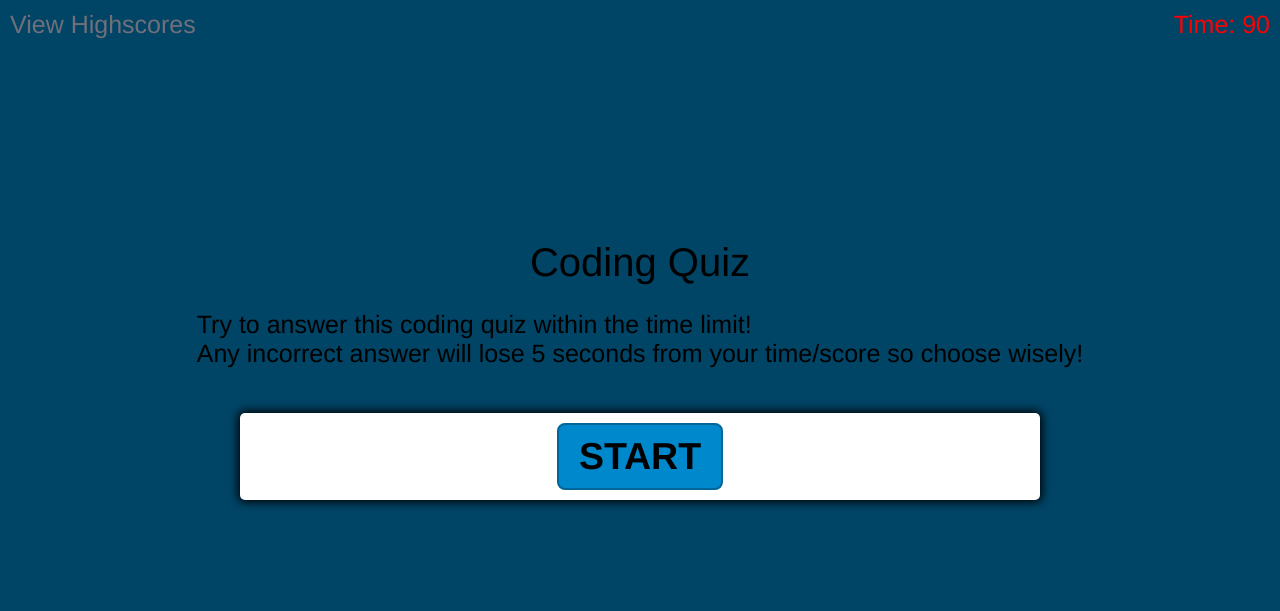
Repository: Vshepard879/Code-Quiz
Page: index.html
An editor plug-in stored every save of this project. The page is shown before and after the next save, followed by the edit.
The browser window is 1280 px wide. The pictures show the whole page.

Above is the page before, as saved 2022-03-20 12:55:45.

### index.html
<!DOCTYPE html>
<html lang="en">
<head>
    <meta charset="UTF-8">
    <meta http-equiv="X-UA-Compatible" content="IE=edge">
    <meta name="viewport" content="width=device-width, initial-scale=1.0">
    <link href="./assets/css/style.css" link rel="stylesheet">
    <script defer src="./assets/js/script.js"></script>
    <script defer src="./assets/js/questions.js"></script>
    <title>Quiz App</title>
</head>

<body>
    <header>Coding Quiz
<br>
        <p>
            Try to answer this coding quiz within the time limit!
<br>

            Any incorrect answer will lose 5 seconds from your time/score so choose wisely!
        </p>
    </header>
    <div class ="scores"><a href="score.html">View Highscores</a></div>

    <div class="timer">Time: <span id="time">90</span></div>

    <!--Start Quiz Container-->
    <div class="container">
        <div id="question-container" class="hide">
                <div id="question">Question</div>
                <div id="answer-buttons" class="btn-grid">
                <button class="btn">Answer 1</button>
                <button class="btn">Answer 2</button>
                <button class="btn">Answer 3</button>
                <button class="btn">Answer 4</button>
            </div>
        </div>

        <div class="controls counts">
            <button id="start-btn" class="start-btn btn">START</button>
        </div>

        <div id="answer-response" class="answer-response hide"></div>


        <div id="end-screen" class="hide">
            <h2>All done!</h2>
            <p>Your final score is <span id="final-score"></span>.</p>
            <p>
              Enter initials: <input type="text" id="initials-input-field" max="3" />
              <button id="submit-btn">Submit</button>
            </p>
          </div>



    </div>
</body>
</html>

### assets/css/style.css
*, *::before, *::after {
    box-sizing: border-box;
    font-family: 'Franklin Gothic Medium', 'Arial Narrow', Arial, sans-serif;
    font-size: 25px;
}

:root {
    --hue-neutral: 200;


}

header {

    font-size: 40px;
    display: flex;
    flex-direction: column;
    position: relative;
    align-items:center;
    padding: 20px 0 20px 0;
}



body{
    --hue: var(--hue-neutral);
    padding: 0;
    margin: 0;
    display: flex;
    flex-direction: column;
    width: 100vw;
    height: 100vh;
    justify-content:center;
    align-items:center;
    background-color:hsl(var(--hue), 100%, 20%);
}

.hide {
    display: none;
  }
.scores {
    position: absolute;
    top: 10px;
    left: 10px;
  }

  .timer {
    position: absolute;
    top: 10px;
    right: 10px;
    color: red;
    font-size: 25px;
}

    a {
        color:  #70707a;
        text-decoration: none;
        transition: color 0.1s;
      }

      a:hover {
        color: whitesmoke;}

p {
    color:black;
    font-size: 25px;
    font-weight: normal;

}

 .container {
    width: 800px;
    max-width: 70%;
    background-color: white;
    border-radius: 5px;
    padding: 10px;
    box-shadow: 0 0 10px 2px;
}

.hide {
    display: none;
  }

  .start {
    text-align: center;
  }

  .scores {
    position: absolute;
    top: 10px;
    left: 10px;
    color:aliceblue;
  }

.btn-grid {
    display: grid;
    grid-template-columns: repeat(2, auto);
    gap: 15px;
    margin: 20px 0;
}


.btn {
    --hue: var(--hue-neutral);
    border: 2px solid hsl(var(--hue),100%, 30%);
    background-color: hsl(var(--hue), 100%, 40%);
    border-radius: 8px;
    padding: 5px 10px;
    color: black;
    outline: none;
}

.btn:hover {
    border-color: black;
}


.start-btn {
    font-size: 1.5rem;
    font-weight: bold;
    padding: 10px 20px;
}

.controls {
    display: flex;
    justify-content: center;
    align-items: center;
    gap: 5px;
}

.hide {
    display: none;
}

### assets/js/script.js
const startButton = document.getElementById('start-btn');
const questionContainerElement = document.getElementById('question-container');
const questionElement = document.getElementById( 'question');
const answerButtonsElement = document.getElementById('answer-buttons');
var timerEl = document.getElementById('time');
const submitButton = document.getElementById('submit-btn')
const endScreen = document.getElementById('end-screen')
var shuffledQuestions, currentQuestionIndex, currentScore
var timer
var timeRemaining = 90
var initialsInputFieldEl =  document.getElementById('initials-input-field')
var answerResponse = document.getElementById('answer-response')
startButton.addEventListener('click', startQuiz)
submitButton.addEventListener('click', submitScore)
// function that starts the Quiz

function startQuiz() {
    if (!endScreen.classList.contains('hide')) {
        endScreen.classList.add('hide')
    }


    startButton.classList.add("hide")
    // randomizes question order
    shuffledQuestions = questions.sort(() => Math.random() - .5)
    currentQuestionIndex = 0
    currentScore = 0
    questionContainerElement.classList.remove("hide")
    setNextQuestion()
    startTimer()

}

function startTimer() {
    timeRemaining = 90
    timer = setInterval(updateRemainingTime, 1000)
}

function updateRemainingTime() {
    timeRemaining--
    timerEl.textContent = timeRemaining
    if (timeRemaining <= 0){
        endQuiz()
    }

}

function setNextQuestion() {
    resetState()
    showQuestion(shuffledQuestions[currentQuestionIndex])
    }
function showQuestion(question) {
    questionElement.innerText =question.question
    question.answers.forEach(answer => {
        const button = document.createElement('button')
        button.innerText = answer.text
        button.classList.add('btn')
      if   (answer.correct) {
          button.dataset.correct = answer.correct
      }
      button.addEventListener('click', selectAnswer)
      answerButtonsElement.appendChild(button)
    })
}

function endQuiz() {
    submitButton.classList.remove('hide')
    // startButton.innerText = 'Restart'
    //startButton.classList.remove('hide')
    questionContainerElement.classList.add('hide')
    endScreen.classList.remove('hide')
    clearInterval(timer)
    var finalScore = document.getElementById('final-score')
    finalScore.textContent = timeRemaining
}

function submitScore() {
    var initials = initialsInputFieldEl.value.trim();
    console.log(initials)
    var newScore = {
        initials: initials,
        score: timeRemaining,
    }

    // get saved scores from local storage, or if not any, set to empty array
    var highScores = JSON.parse(window.localStorage.getItem("highScores")) || [];

    highScores.push(newScore)
    window.localStorage.setItem("highScores", JSON.stringify(highScores));

    submitButton.classList.add('hide')

     // redirect to next page
     window.location.href = "score.html";
}
// this function is used to reset each question
function resetState() {
    while (answerButtonsElement.firstChild) {
        answerButtonsElement.removeChild
        (answerButtonsElement.firstChild)
    }
}

function selectAnswer(v) {
    const selectedButton = v.target
    const correct = selectedButton.dataset.correct
    currentQuestionIndex++

    if (correct) {
        console.log("correct!")
        //answerResponse.textContent = "Correct!";
        //answerResponse.style.color = "green";
       // answerResponse.style.fontSize = "400%";
    } else {
       // answerResponse.textContent = "Correct!";
       // answerResponse.style.color = "green";
       // answerResponse.style.fontSize = "400%";
        // decrease time
        timeRemaining = timeRemaining - 5
        timerEl.textContent = timeRemaining
        if(timeRemaining <= 0){
            endQuiz();
        }
    }

    if (shuffledQuestions.length - 1 < currentQuestionIndex ) {
        endQuiz();
    } else {

        setNextQuestion()
    }
}







// flash right/wrong feedback
   // answerResponse.setAttribute("class", "answer-response");
//setTimeout(function() {
  //answerResponse.setAttribute("class", "answer-response hide");
//}, 1000);

### assets/js/questions.js
// the arrays of questions and answers
const questions = [
    {
        question: 'Which of these is not one of the 3 Initial coding languages?',
        answers: [
            { text:'Python', correct: true},
            { text:'HTML', correct: false},
            { text:'CSS', correct: false},
            { text:'JavaScript', correct: false},
        ]
    },
    {
        question: 'What does the C in CSS stand for?',
        answers: [
            { text:'Chocolate', correct: false},
            { text:'Corporate', correct: false},
            { text:'Cascading', correct: true},
            { text:'Computer', correct: false},
        ]
    },
    {
        question: 'Arrays in Javascript can be used to store?',
        answers: [
            { text:'Numbers and Strings', correct: false},
            { text:'Booleans', correct: false},
            { text:'Other Arrays', correct: false},
            { text:'All of the above', correct: true},
        ]
    },
    {
        question: 'The condition in an if/else statement are store in?',
        answers: [
            { text:'Parenthesis', correct: true},
            { text:'curly brackets', correct: false},
            { text:'brackets', correct: false},
            { text:'commas', correct: false},
        ]},
        {
            question: 'A very useful tool during the development and debugging stage used to print to the debugger is?',
            answers: [
                { text:'Array', correct: false},
                { text:'.dataset', correct: false},
                { text:'console.log', correct: true},
                { text:'=>', correct: false},
            ]},
            {
                question: 'Commonly used data types do not include?',
                answers: [
                    { text:'Booleans', correct: false},
                    { text:'Strings', correct: false},
                    { text:'Numbers', correct: false},
                    { text:'Alerts', correct: true},
                ]},
            ]

After the next save:
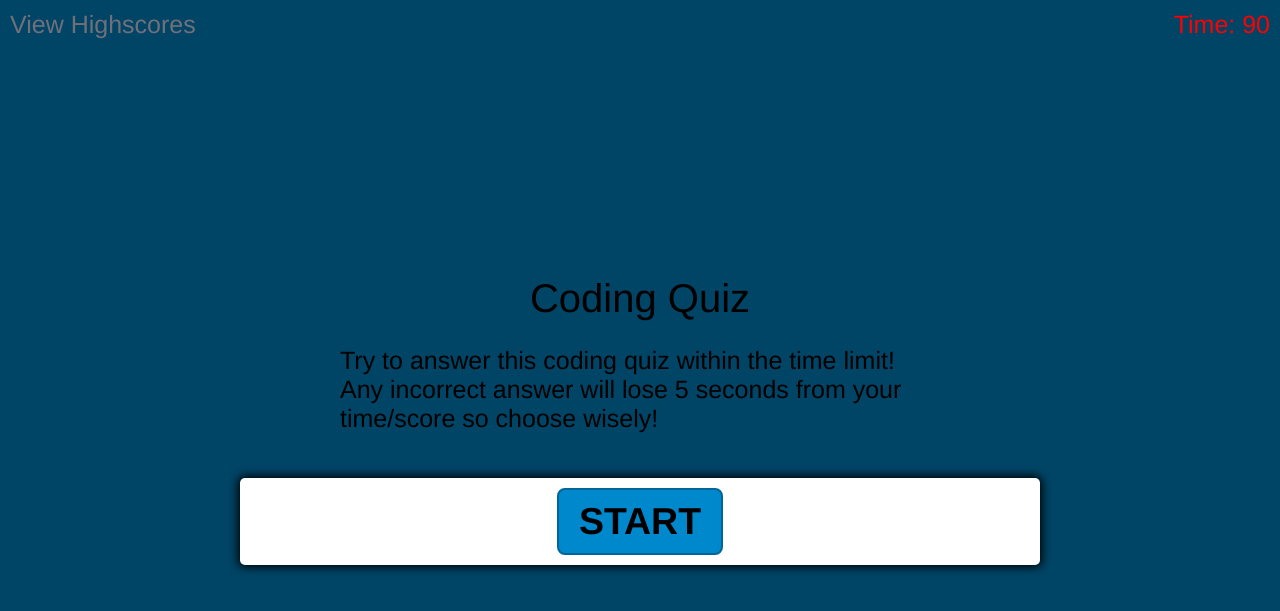
Saved 3 s later.
--- a/assets/css/style.css
+++ b/assets/css/style.css
@@ -18,6 +18,8 @@ header {
     position: relative;
     align-items:center;
     padding: 20px 0 20px 0;
+    margin: 100px auto 0 auto;
+  max-width: 600px;
 }
 
 
@@ -33,6 +35,15 @@ body{
     justify-content:center;
     align-items:center;
     background-color:hsl(var(--hue), 100%, 20%);
+}
+
+ .answer-response {/*
+    font-style: italic;
+    font-size: 120%;
+    margin-top: 20px;
+    padding-top: 10px;
+    color: gray;
+    border-top: 2px solid rgb(201, 193, 193);*/
 }
 
 .hide {
